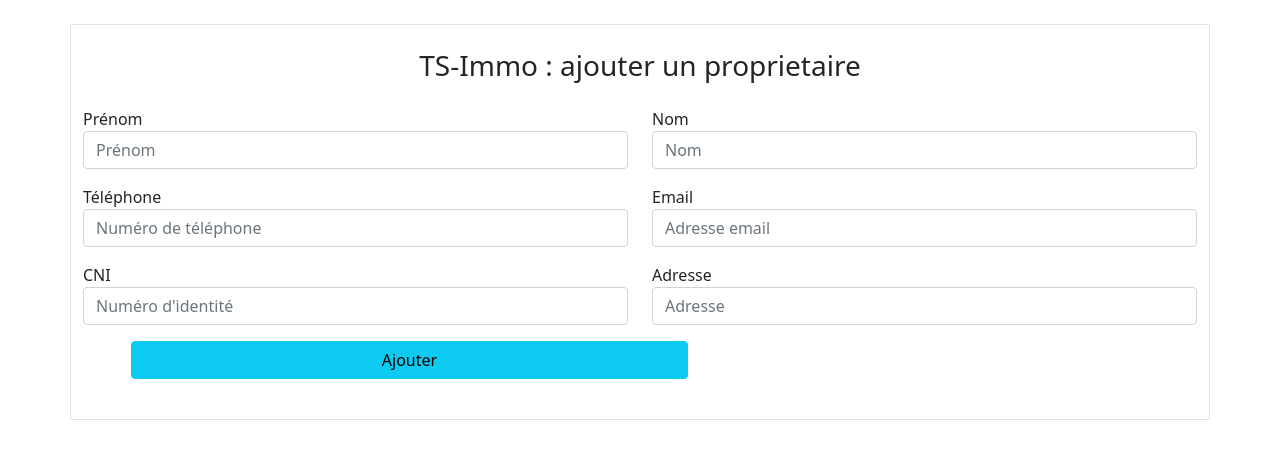
Repository: saliou-t/TS-IMMO
Page: http://localhost/src/views/proprietaire/new.html.php
The author's editor kept a copy of each file at every save. The page is drawn from the files as they stood at one save, then again after a run of saves.
The browser window is 1280 px wide. The pictures show the whole page.
The page is run by PHP 8.4 with error messages shown; the project is at /var/www/html/.

Above is the page before, as saved 2022-04-03 14:52:52.

### src/views/proprietaire/new.html.php
<!DOCTYPE html>
<html lang="en">
<head>
    <meta charset="UTF-8">
    <meta http-equiv="X-UA-Compatible" content="IE=edge">
    <meta name="viewport" content="width=device-width, initial-scale=1.0">
    <link href="https://cdn.jsdelivr.net/npm/bootstrap@5.1.3/dist/css/bootstrap.min.css" rel="stylesheet" integrity="sha384-1BmE4kWBq78iYhFldvKuhfTAU6auU8tT94WrHftjDbrCEXSU1oBoqyl2QvZ6jIW3" crossorigin="anonymous">
    <title>Ajouter Proprietaire</title>

</head>
<body>

<div class="container jumbotron">
    <div class="row border py-4 my-4">
        <h3 class="text-center ">TS-Immo : ajouter un proprietaire</h3>
        <form action="" methode="POST">
            <div class="row my-3">
                <div class="col">
                    <label for="Prénom">Prénom</label>
                    <input class="form-control" name ="prenom" type="text" placeholder="Prénom">
                </div>
                <div class="col">
                    <label for="nom">Nom</label>
                    <input class="form-control" name="nom" type="text" placeholder="Nom">
                </div>
            </div>
            <div class="row my-3">
                <div class="col">
                    <label for="telephone">Téléphone</label>
                    <input class="form-control" name="telephone" type="text" placeholder="Numéro de téléphone">
                </div>
                <div class="col">
                    <label for="email">Email</label>
                    <input class="form-control" name="email" type="text" placeholder="Adresse email">
                </div>
            </div>
            <div class="row">
                <div class="col">
                    <label for="cni">CNI</label>
                    <input class="form-control" name="CNI" type="text" placeholder="Numéro d'identité">
                </div>
                <div class="col">
                    <label for="adresse">Adresse</label>
                    <input class="form-control" name="adresse" type="text" placeholder="Adresse">
                </div>
            </div>
            <div class="row my-3 justify-content-around">
                <div class="col ">
                    <a class="btn btn-info mx-5 w-50" href="">Ajouter</a>
                </div>
            </div>
        </form>
    </div>
</div>
</body>
</html>

After the next 3 saves:
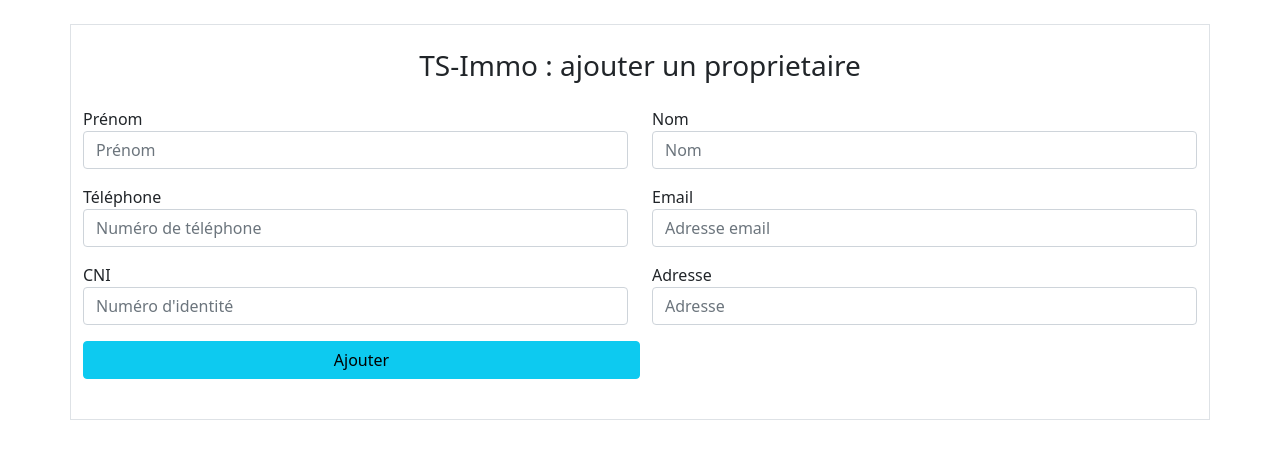
The 3 saves are shown as one change because they came seconds apart.
The last was saved 8 s later.
--- a/src/views/proprietaire/new.html.php
+++ b/src/views/proprietaire/new.html.php
@@ -46,7 +46,7 @@
             </div>
             <div class="row my-3 justify-content-around">
                 <div class="col ">
-                    <a class="btn btn-info mx-5 w-50" href="">Ajouter</a>
+                    <a class="btn btn-info mx-auto w-50" href="">Ajouter</a>
                 </div>
             </div>
         </form>
